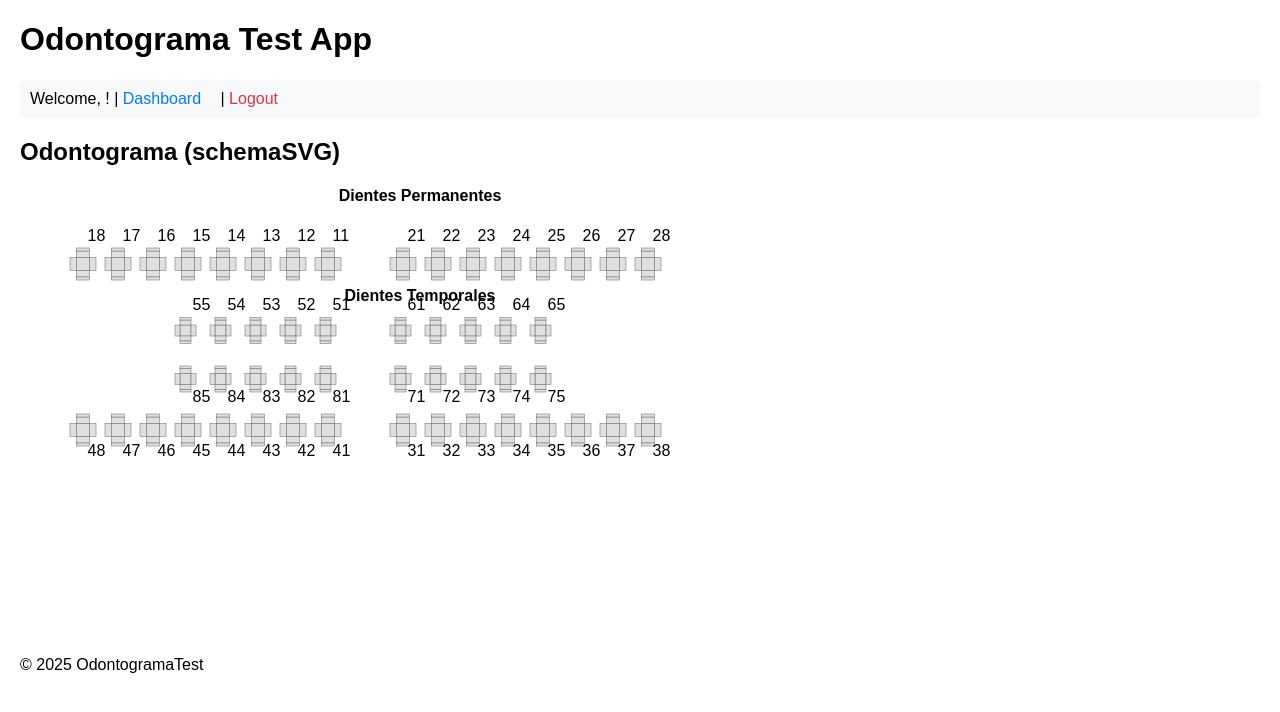
Repository: werfelyesid/OdontogramaTest
Page: http://localhost/dashboard/
The author's editor kept a copy of each file at every save. The page is drawn from the files as they stood at one save, then again after the next save.
The browser window is 1280 px wide. The pictures show the whole page.
The page is served by the project's application, run on Django 4.2 (manage.py). A made-up administrator, testuser (Test User, test@example.com), is signed in.

Above is the page before, as saved 2025-04-20 15:50:42.

After the next save:
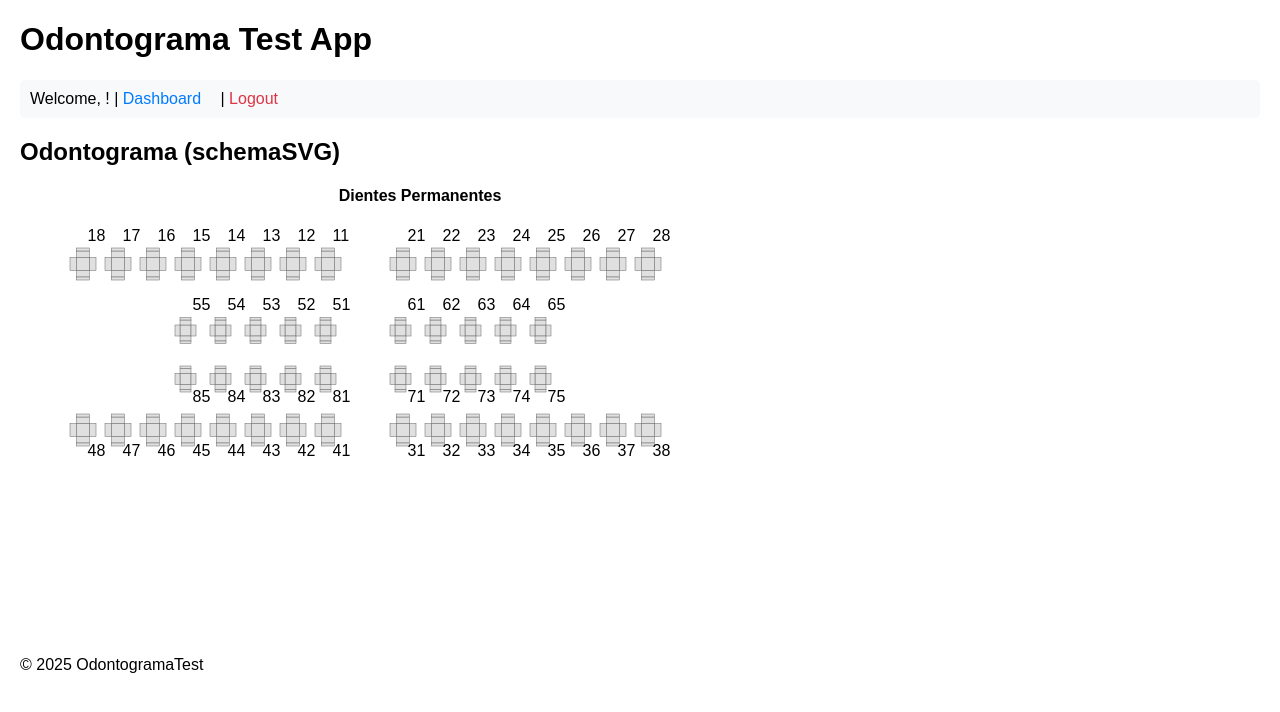
Saved 119 s later.
--- a/core/templates/core/_odontogram.html
+++ b/core/templates/core/_odontogram.html
@@ -69,7 +69,7 @@
 
     <!-- Deciduous Denture - Row 2 & 3 -->
     <g id="deciduous-denture">
-        <text x="400" y="115" class="denture-label">Dientes Temporales</text> <!-- Adjusted Y -->
+        <text x="400" y="115" class="denture-label"></text> <!-- Adjusted Y -->
         <!-- Quadrant 5 (Upper Right: 55-51) -->
         <g id="quadrant-5">
               <!-- Quadrant Label Text REMOVED -->
